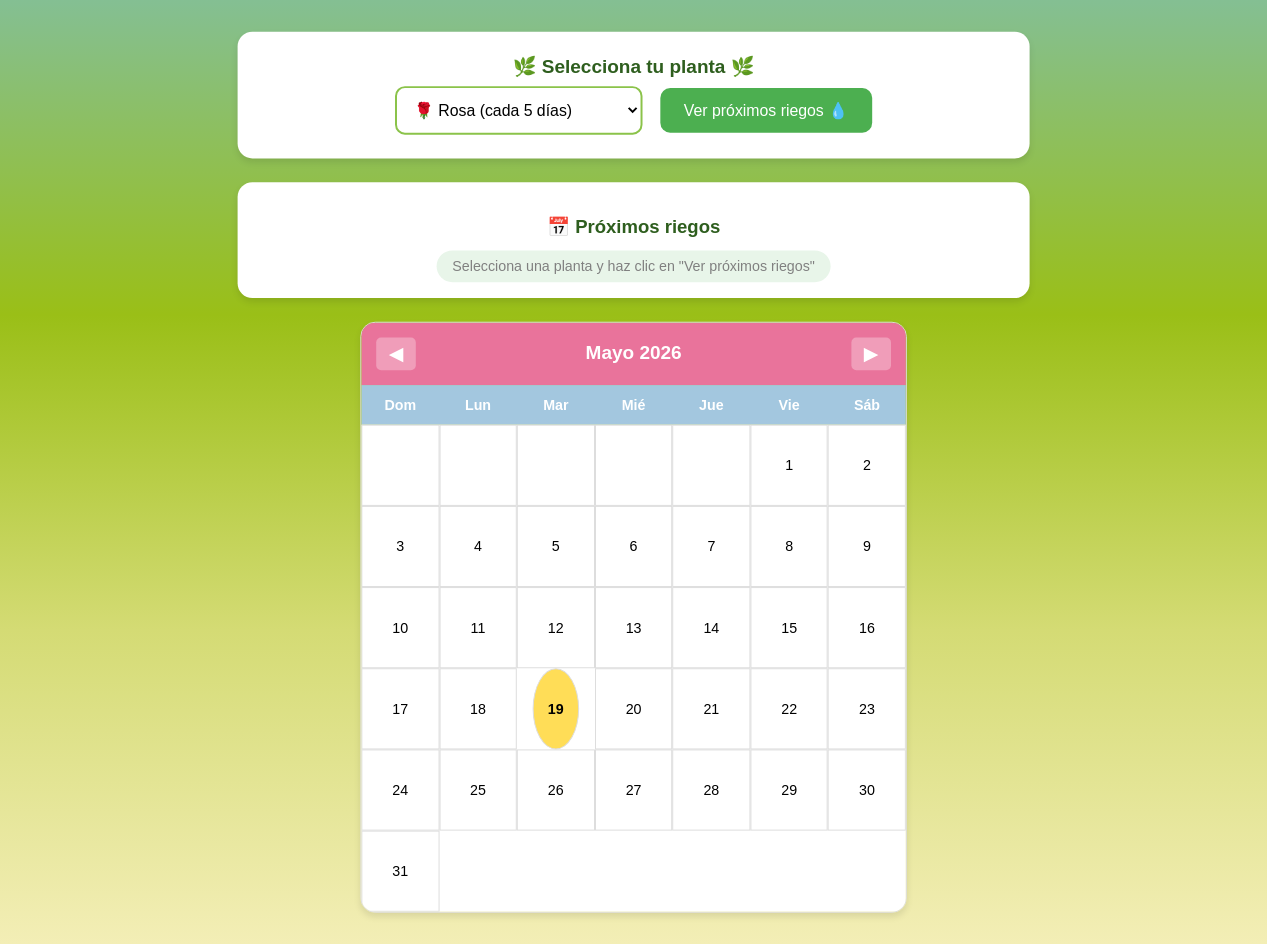
Repository: carrascokarencb37-afk/Nuura
Page: html/calendario.html
These files come from the project's save history. The page is drawn as it stood at one moment and after the next save; the edit follows.
The browser window is 1280 px wide. The pictures show the whole page, at 99% of full size.

Above is the page before, as saved 2026-05-29 00:18:31.

### html/calendario.html
<!DOCTYPE html>
<html lang="es">
<head>
    <meta charset="UTF-8">
    <meta name="viewport" content="width=device-width, initial-scale=1.0">
    <title>Nuura - Calendario de Riego</title>
    <link rel="stylesheet" href="../css/cale.css">
    <script src="../js/calen.js" defer></script>
</head>
<body>
    <div class="container">
        <!-- Selector de flor -->
        <div class="selector-flor">
            <label>🌿 Selecciona tu planta 🌿</label>
            <div>
                <select id="flor">
                    <option value="rosa">🌹 Rosa (cada 5 días)</option>
                    <option value="jazmin">🌼 Jazmín (cada 1 días)</option>
                    <option value="corona">👑 Corona de Cristo (cada 3 días)</option>
                    <option value="duranta">💜 Duranta (cada 2 días)</option>
                    <option value="pervinca">🌸 Pervinca (cada 1 día)</option>
                    <option value="capuchina">🧡 Capuchina (cada 1 día)</option>
                    <option value="ruda">🌿 Ruda (cada 2 días)</option>
                    <option value="pascua">❤️ Flor de Pascua (cada 1 días)</option>
                    <option value="bigotillo">💚 Bigotillo (cada 2 días)</option>
                    <option value="trompillo">💛 Trompillo (cada 2 día)</option>
                </select>
                <button onclick="calcularRiego()">Ver próximos riegos 💧</button>
            </div>
        </div>

        <!-- Resultado de riegos -->
        <div class="resultado-riegos">
            <h3>📅 Próximos riegos</h3>
            <div id="resultado">
                <p style="color: gray;">Selecciona una planta y haz clic en "Ver próximos riegos"</p>
            </div>
        </div>

        <!-- Calendar Container -->
        <div class="calendar">
            <!-- Month and Year Header -->
            <div class="calendar-header">
                <button onclick="mesAnterior()">◀</button>
                <span id="monthYear"></span>
                <button onclick="mesSiguiente()">▶</button>
            </div>

            <!-- Days of the Week -->
            <div class="calendar-days">
                <div>Dom</div>
                <div>Lun</div>
                <div>Mar</div>
                <div>Mié</div>
                <div>Jue</div>
                <div>Vie</div>
                <div>Sáb</div>
            </div>

            <!-- Calendar Dates -->
            <div id="calendarDates" class="calendar-dates"></div>
        </div>
    </div>
</body>
</html>

### css/cale.css

.riego{
    background-color: #8BC34A;
    border-radius: 50%;
}
        /* Basic page styling */
        body {
            font-family: Arial, sans-serif;
            display: flex;
             flex-direction: column;
    justify-content: center;
    align-items: center;
    min-height: 100vh;
    background: linear-gradient(to top, #f3eeb6, #d4db74, #9abf17, #84bf93);
    margin: 0;
    padding: 2rem 1rem;
}

/* Contenedor principal */
.container {
    max-width: 800px;
    width: 100%;
    margin: 0 auto;
}

/* Selector de flor */
.selector-flor {
    background: white;
    padding: 1.5rem;
    border-radius: 15px;
    margin-bottom: 1.5rem;
    text-align: center;
    box-shadow: 0 4px 8px rgba(0, 0, 0, 0.1);
}

.selector-flor label {
    font-size: 1.2rem;
    font-weight: bold;
    color: #2e5e1e;
    display: block;
    margin-bottom: 0.5rem;
}

#flor {
    padding: 0.8rem;
    font-size: 1rem;
    border-radius: 10px;
    border: 2px solid #8BC34A;
    background-color: white;
    width: 100%;
    max-width: 250px;
    cursor: pointer;
}

button {
    background-color: #4CAF50;
    color: white;
    border: none;
    padding: 0.8rem 1.5rem;
    font-size: 1rem;
    border-radius: 10px;
    cursor: pointer;
    margin-left: 0.8rem;
    transition: 0.3s;
}

button:hover {
    background-color: #45a049;
    transform: scale(1.02);
}

/* Resultado de riegos */
.resultado-riegos {
    background: white;
    padding: 1rem;
    border-radius: 15px;
    margin-bottom: 1.5rem;
    text-align: center;
    box-shadow: 0 4px 8px rgba(0, 0, 0, 0.1);
}

.resultado-riegos h3 {
    color: #2e5e1e;
    margin-bottom: 0.8rem;
}

#resultado {
    display: flex;
    flex-wrap: wrap;
    justify-content: center;
    gap: 0.8rem;
}

#resultado p {
    background: #e8f5e9;
    padding: 0.5rem 1rem;
    border-radius: 20px;
    margin: 0;
    font-size: 0.9rem;
}

/* Calendar container */
.calendar {
    width: 100%;
    max-width: 550px;
    margin: 0 auto;
    border: 1px solid #ddd;
    border-radius: 15px;
    box-shadow: 0 4px 8px rgba(0, 0, 0, 0.1);
    overflow: hidden;
}

/* Calendar header styling */
.calendar-header {
    display: flex;
    justify-content: space-between;
    align-items: center;
    background-color: #ee6fa2f1;
    color: white;
    padding: 15px;
    font-size: 1.2em;
    font-weight: bold;
}

.calendar-header button {
    background: rgba(255, 255, 255, 0.3);
    border: none;
    color: white;
    font-size: 1.2rem;
    cursor: pointer;
    padding: 0.3rem 0.8rem;
    border-radius: 5px;
    margin: 0;
}

.calendar-header button:hover {
    background: rgba(255, 255, 255, 0.5);
    transform: none;
}

/* Days of the week styling */
.calendar-days {
    display: grid;
    grid-template-columns: repeat(7, 1fr);
    background-color: #a3c7e9f1;
    color: white;
    text-align: center;
}

.calendar-days div {
    padding: 12px 5px;
    text-align: center;
    font-weight: bold;
    font-size: 0.9rem;
}

/* Date cells styling */
.calendar-dates {
    display: grid;
    grid-template-columns: repeat(7, 1fr);
    background-color: white;
}

.calendar-dates div {
    padding: 15px 5px;
    text-align: center;
    border: 1px solid #ddd;
    font-size: 0.9rem;
    min-height: 50px;
    display: flex;
    align-items: center;
    justify-content: center;
    transition: 0.2s;
}

.calendar-dates div:hover {
    background-color: #f0f0f0;
}

/* Highlight today */
.today {
    background-color: #ffdd57 !important;
    font-weight: bold;
    border-radius: 50%;
    width: 35px;
    height: 35px;
    margin: auto;
}

/* Día de riego */
.riego-day {
    background-color: #8BC34A !important;
    color: white;
    font-weight: bold;
    border-radius: 50%;
    width: 35px;
    height: 35px;
    margin: auto;
    display: flex;
    align-items: center;
    justify-content: center;
    box-shadow: 0 0 10px rgba(139, 195, 74, 0.7);
}

/* Responsive */
@media (max-width: 550px) {
    body {
        padding: 1rem;
    }

    .calendar-dates div {
        padding: 10px 2px;
        font-size: 0.75rem;
        min-height: 40px;
    }

    .calendar-days div {
        padding: 8px 2px;
        font-size: 0.75rem;
    }

    .today, .riego-day {
        width: 28px;
        height: 28px;
    }

    button {
        margin-left: 0;
        margin-top: 0.5rem;
    }
}

@media (max-width: 400px) {
    .calendar-dates div {
        padding: 8px 1px;
        font-size: 0.7rem;
    }

    .today, .riego-day {
        width: 25px;
        height: 25px;
    }
}

### js/calen.js

//es como decir, regar cada X días
const flores = {
    rosa: 5,
    jazmin: 1,

    corona: 3,
    duranta: 2,

    pervinca: 1,
    capuchina: 1,
    ruda: 2,
    trompillo: 1,

    pascua: 2,
    bigotillo: 2
};

// Variable para guardar las fechas de riego actuales
let fechasRiego = [];

function calcularRiego() {
    const flor = document.getElementById("flor").value;
    const diasRiego = flores[flor];

    if (!diasRiego) {
        document.getElementById("resultado").innerHTML = "<p style='color:red'>Flor no encontrada</p>";
        return;
    }

    let hoy = new Date();
    let resultado = "";
    fechasRiego = []; // Limpiar fechas anteriores

    for(let i = 1; i <= 5; i++) {
        let fecha = new Date();
        fecha.setDate(hoy.getDate() + (diasRiego * i));
        fechasRiego.push(fecha);

        resultado += `
        <p>💧 Riego ${i}: ${fecha.toLocaleDateString()}</p>
        `;
    }

    document.getElementById("resultado").innerHTML = resultado;

    // Actualizar el calendario con los días de riego
    actualizarCalendarioRiegos();
}

// Variables globales para el calendario
let fechaActual = new Date();
let currentMonth = fechaActual.getMonth();
let currentYear = fechaActual.getFullYear();

function actualizarCalendario() {
    const monthNames = ["Enero", "Febrero", "Marzo", "Abril", "Mayo", "Junio", "Julio", "Agosto", "Septiembre", "Octubre", "Noviembre", "Diciembre"];
    const monthYearHeader = document.getElementById("monthYear");

    if (monthYearHeader) {
        monthYearHeader.textContent = `${monthNames[currentMonth]} ${currentYear}`;
    }

    const firstDayOfMonth = new Date(currentYear, currentMonth, 1);
    const startDay = firstDayOfMonth.getDay();
    const daysInMonth = new Date(currentYear, currentMonth + 1, 0).getDate();

    const calendarDates = document.getElementById("calendarDates");
    if (!calendarDates) return;

    calendarDates.innerHTML = "";

    // Agregar días vacíos antes del primer día del mes
    for (let i = 0; i < startDay; i++) {
        const emptyDiv = document.createElement("div");
        calendarDates.appendChild(emptyDiv);
    }

    // Agregar los días del mes
    const today = new Date();
    const isCurrentMonth = (today.getMonth() === currentMonth && today.getFullYear() === currentYear);

    for (let day = 1; day <= daysInMonth; day++) {
        const dayDiv = document.createElement("div");
        dayDiv.textContent = day;

        // Marcar el día actual
        if (isCurrentMonth && day === today.getDate()) {
            dayDiv.classList.add("today");
        }

        // Marcar días de riego
        if (fechasRiego.length > 0) {
            const fechaComparar = new Date(currentYear, currentMonth, day);
            const esDiaRiego = fechasRiego.some(fechaRiego =>
                fechaRiego.getDate() === fechaComparar.getDate() &&
                fechaRiego.getMonth() === fechaComparar.getMonth() &&
                fechaRiego.getFullYear() === fechaComparar.getFullYear()
            );

            if (esDiaRiego) {
                dayDiv.classList.add("riego-day");
                dayDiv.title = "💧 Día de regar";
            }
        }

        calendarDates.appendChild(dayDiv);
    }
}

function mesAnterior() {
    currentMonth--;
    if (currentMonth < 0) {
        currentMonth = 11;
        currentYear--;
    }
    actualizarCalendario();
}

function mesSiguiente() {
    currentMonth++;
    if (currentMonth > 11) {
        currentMonth = 0;
        currentYear++;
    }
    actualizarCalendario();
}

function actualizarCalendarioRiegos() {
    actualizarCalendario();
}

// Inicializar cuando la página carga
document.addEventListener("DOMContentLoaded", () => {
    actualizarCalendario();
});

After the next save:
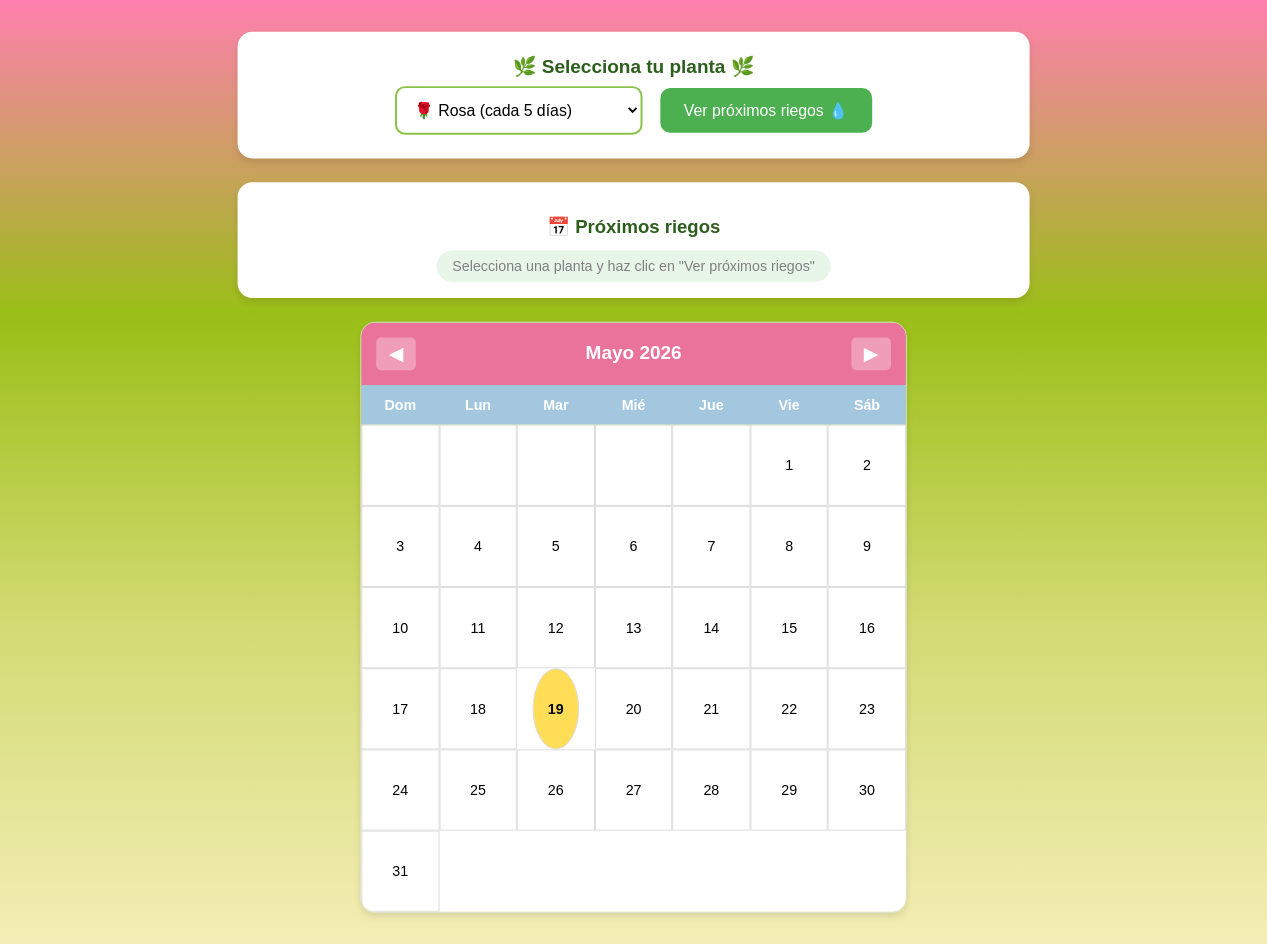
Saved 2 min 50 s later.
--- a/css/cale.css
+++ b/css/cale.css
@@ -11,7 +11,7 @@
     justify-content: center;
     align-items: center;
     min-height: 100vh;
-    background: linear-gradient(to top, #f3eeb6, #d4db74, #9abf17, #84bf93);
+    background: linear-gradient(to top, #f3eeb6, #d4db74, #9abf17, #ff7fae);
     margin: 0;
     padding: 2rem 1rem;
 }
